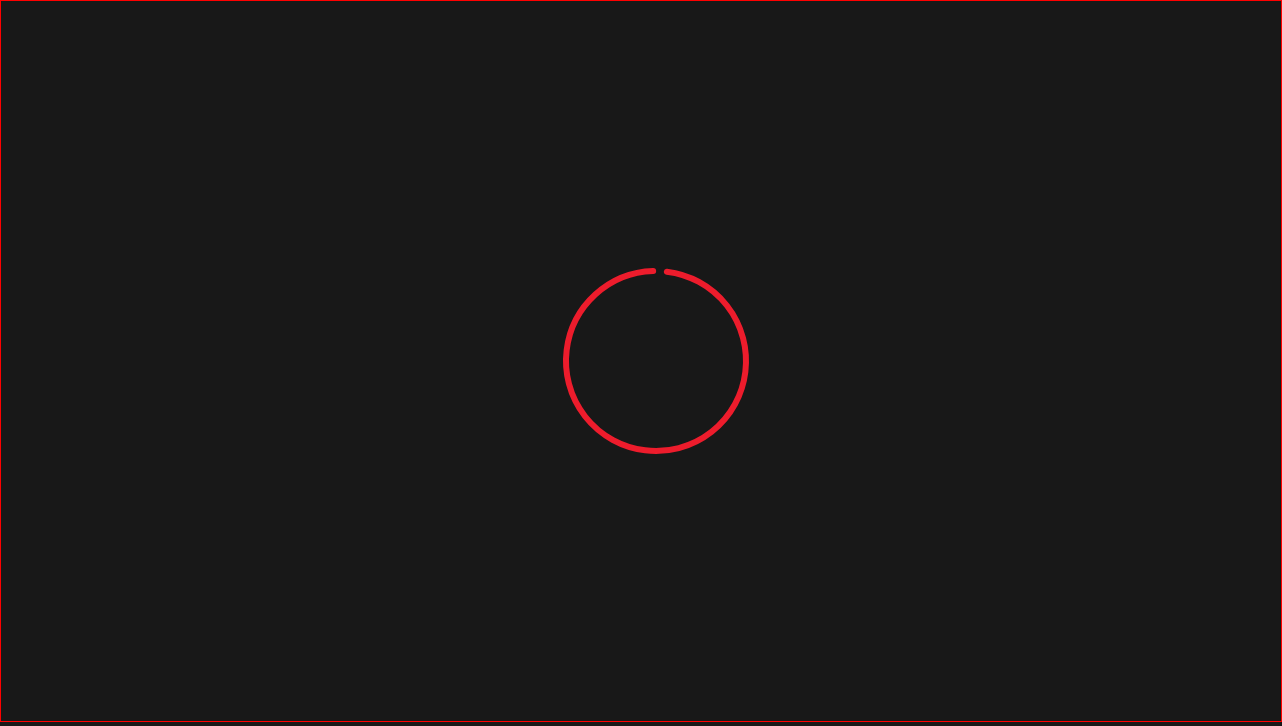
Repository: randy918/chris-canvas-52323
Page: index.html
An editor plug-in stored every save of this project. The page is shown before and after a run of saves, followed by the edit.
The browser window is 1280 px wide. The page is 1282 px wide, then 1280 px, then 1282 px, so the pictures cover 1282 px, including what lies to the right of the window. The pictures show the whole page.
The style sheet was rebuilt from its Sass, Less or Tailwind sources for each picture, by a compiler version that may differ from the author's.

Above is the page before, as saved 2023-05-28 15:40:08.

After the next 2 saves:
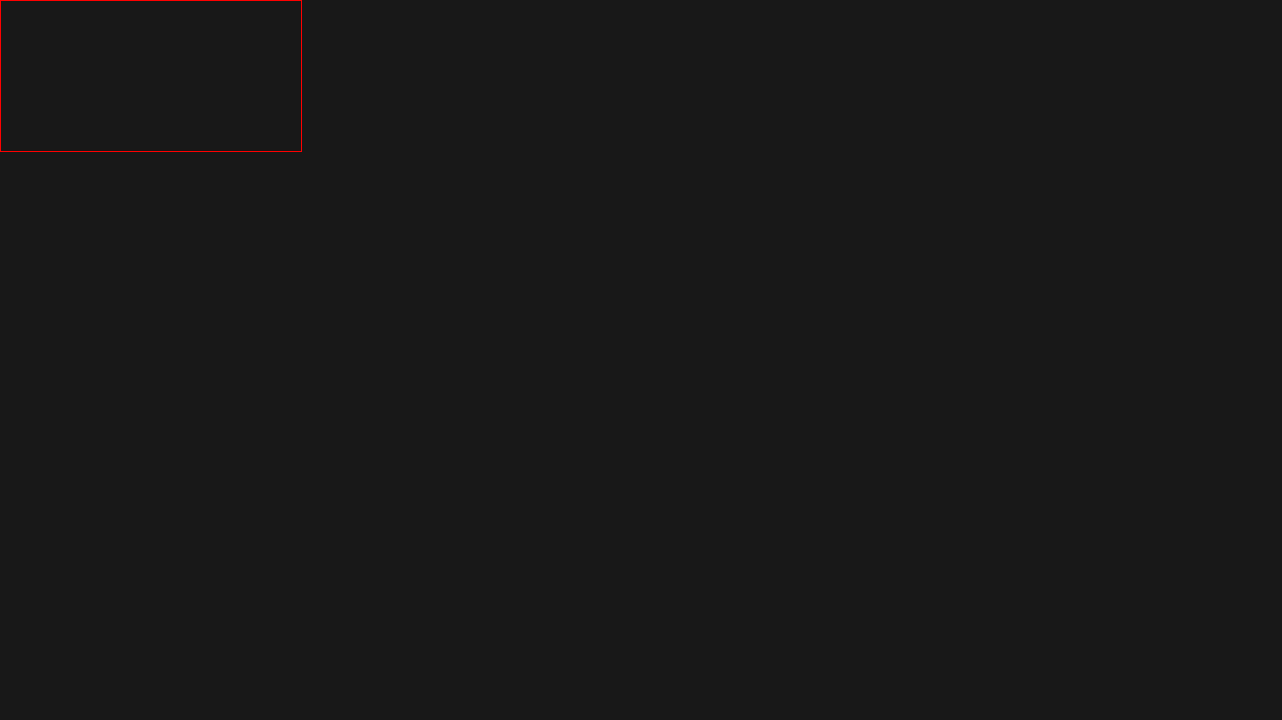
Console error: SyntaxError: Identifier 'dx' has already been declared
The 2 saves are shown as one change because they came seconds apart.
The last was saved 8 s later.
--- a/js/canvas.js
+++ b/js/canvas.js
@@ -23,7 +23,8 @@
 	let centerX = canvas.width / 2;
     let centerY = canvas.height / 2;
 
-    //* dx = velocity X Y
+    //* dx dy = velocity X Y
+    let dx = .05;
     let dx = .05;
 
 	const DEFAULTWIDTH = 200;

After the save that followed:
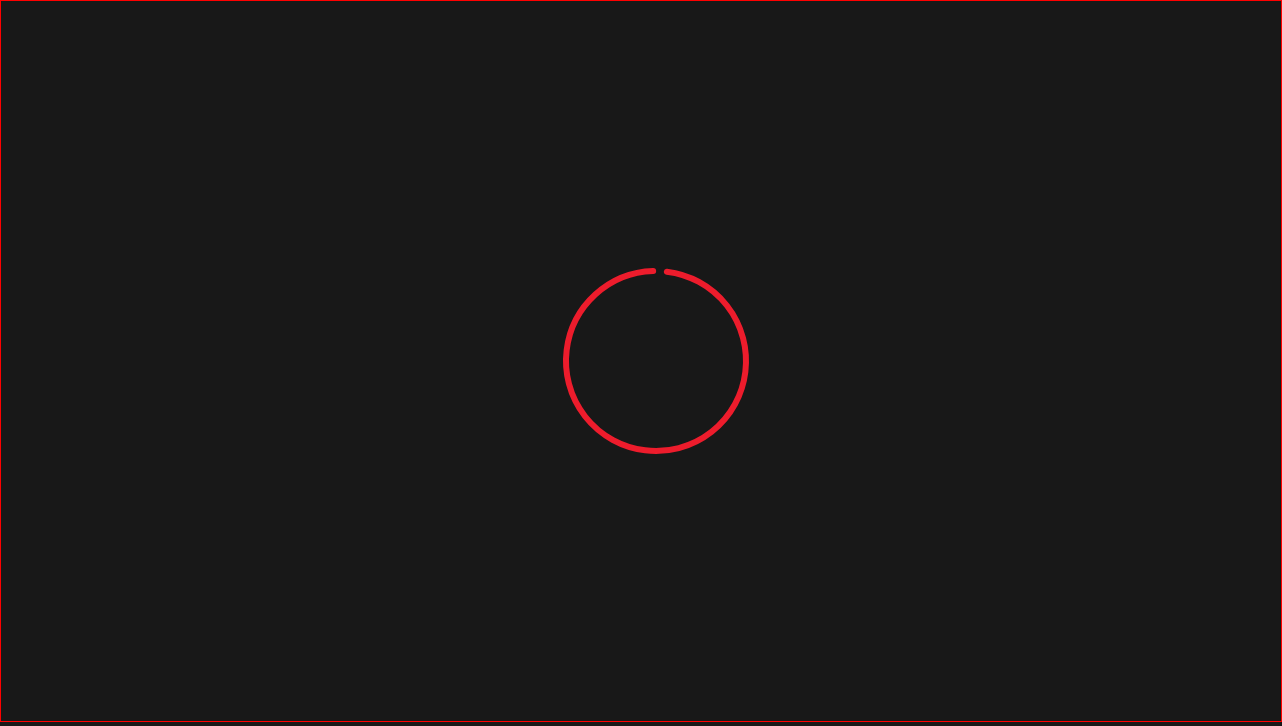
The error is gone.
Saved 7 s later.
--- a/js/canvas.js
+++ b/js/canvas.js
@@ -25,7 +25,7 @@
 
     //* dx dy = velocity X Y
     let dx = .05;
-    let dx = .05;
+    let dy = .05;
 
 	const DEFAULTWIDTH = 200;
 	const DEFAULTHEIGHT = 200;
